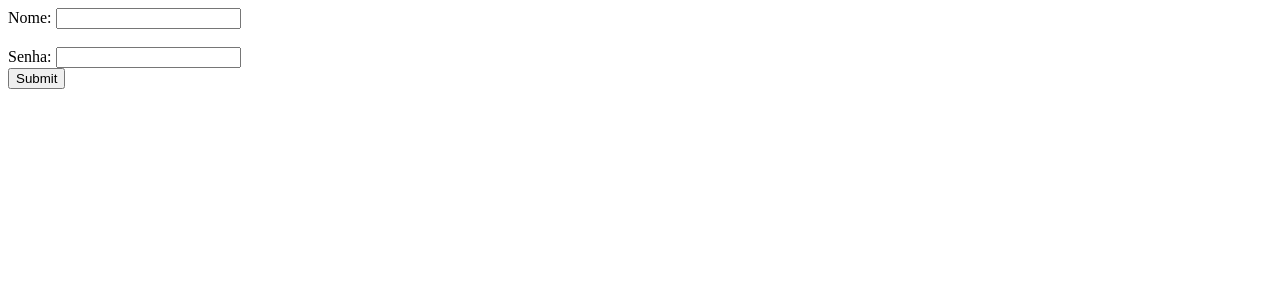
Repository: vandradesa/JavaWeb
Page: http://localhost/Web2/Logincadastro.jsp
These files come from the project's save history. The page is drawn as it stood at one moment and after the next save; the edit follows.
The browser window is 1280 px wide. The pictures show the whole page.
The page is served by Tomcat 9. Other server files are loaded and not shown.

Above is the page before, as saved 2023-03-03 01:42:33.

### javaweb curso/Web2/src/main/webapp/Logincadastro.jsp
<!DOCTYPE html>
<html>
<head>
<meta charset="ISO-8859-1">
<title>Insert title here</title>
</head>
<body>

	<form action="LoginCadastro" method="POST">
		<div>
			<label for="nome">Nome:</label> <input type="text" name="nome" />
		</div>
		<br>

		<div>
			<label for="senha">Senha:</label> <input type="text" name="senha" />
		</div>

		<div>
			<input type="submit" />
		</div>

	</form>

</body>
</html>

After the next save:
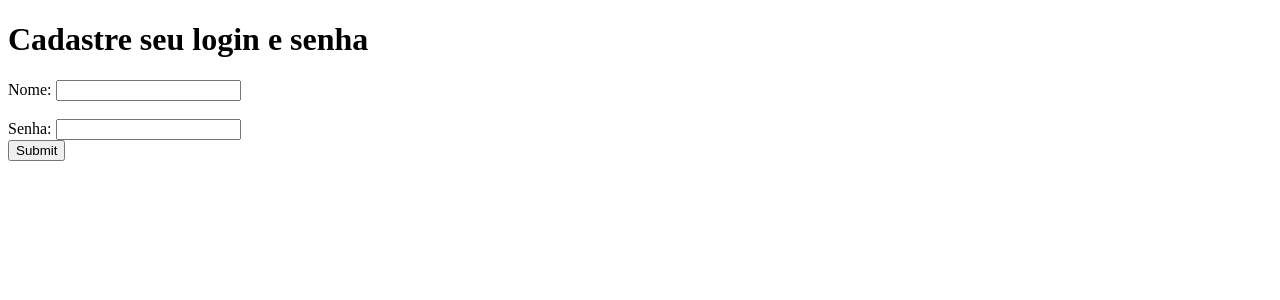
Saved 16 s later.
--- a/javaweb curso/Web2/src/main/webapp/Logincadastro.jsp
+++ b/javaweb curso/Web2/src/main/webapp/Logincadastro.jsp
@@ -5,6 +5,7 @@
 <title>Insert title here</title>
 </head>
 <body>
+	<h1>Cadastre seu login e senha</h1>
 
 	<form action="LoginCadastro" method="POST">
 		<div>
